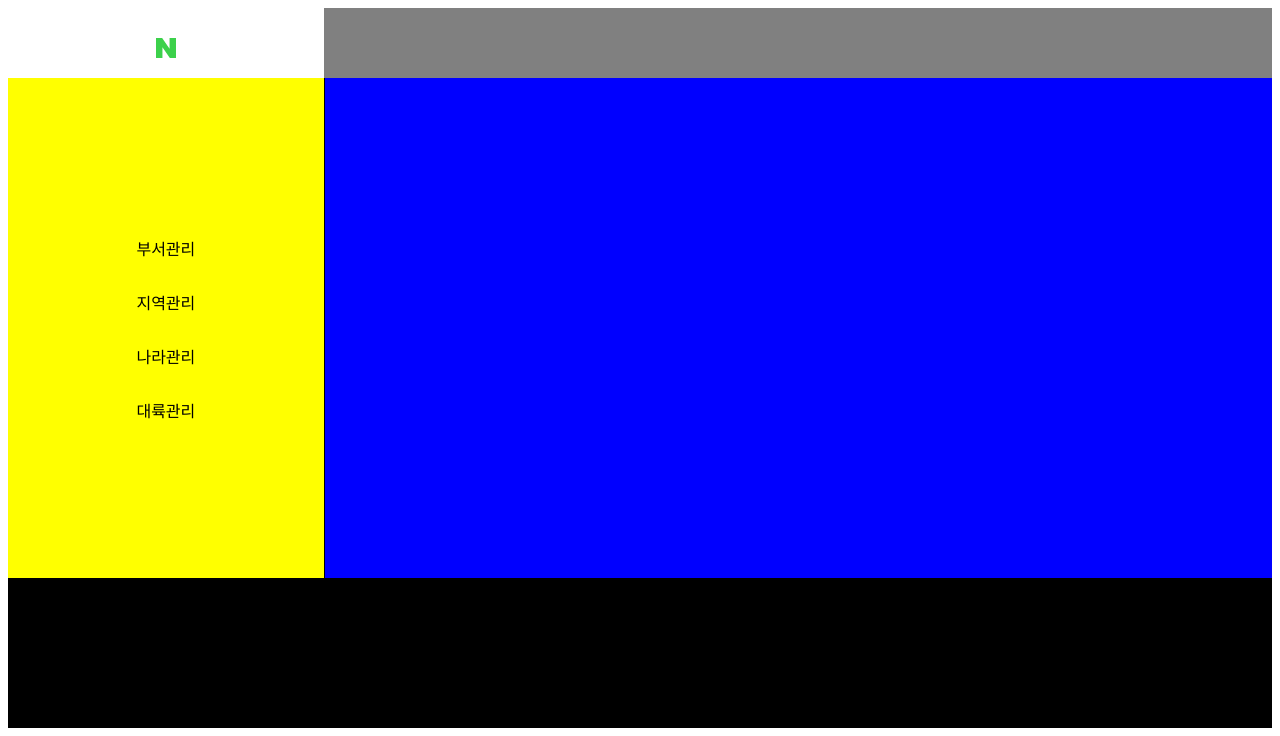
Repository: mireu930/Serverlet_App
Page: src/build/classes/webapp/template/layout.html
The author's editor kept a copy of each file at every save. The page is drawn from the files as they stood at one save, then again after the next save.
The browser window is 1280 px wide. The pictures show the whole page.

Above is the page before, as saved 2025-02-07 12:02:23.

After the next save:
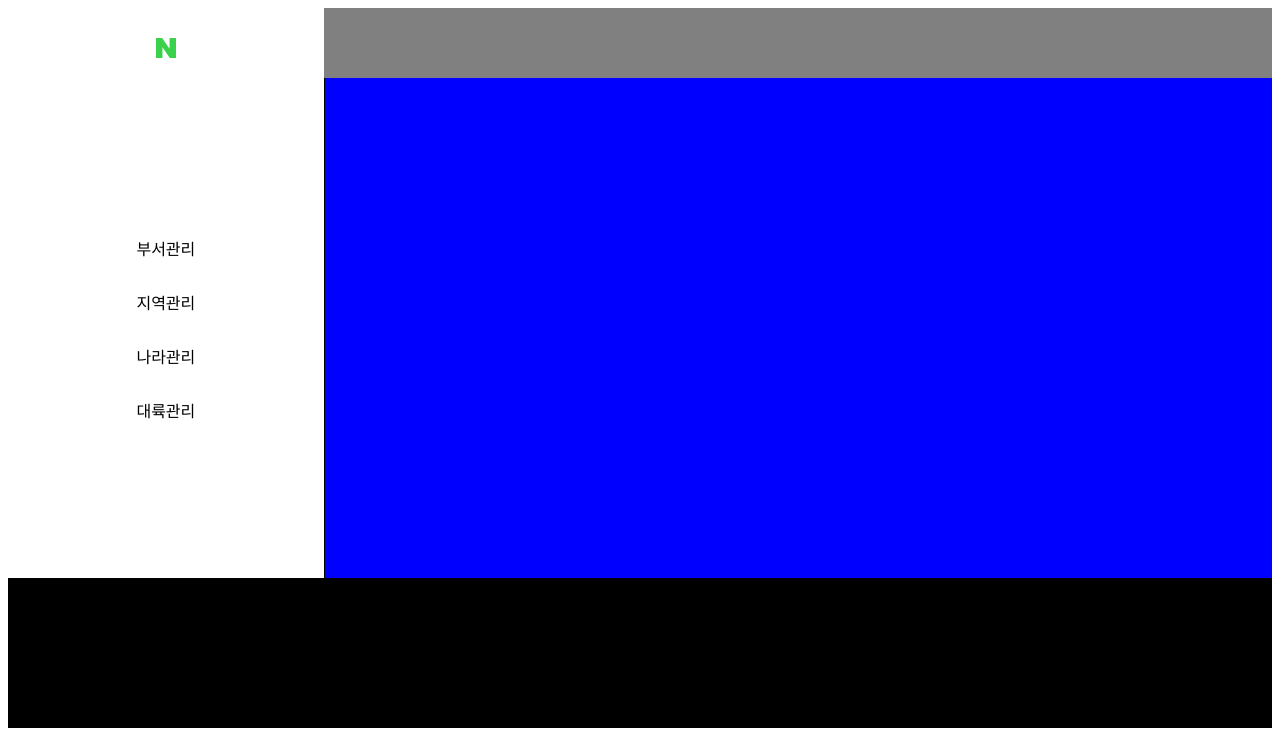
Saved 7 s later.
--- a/src/build/classes/webapp/template/layout.html
+++ b/src/build/classes/webapp/template/layout.html
@@ -49,7 +49,7 @@
 }
 
 .content_left {
-  background-color:yellow;
+  /* background-color:yellow; */
   padding: auto 0;
   border-right: 1px solid black;
 }
